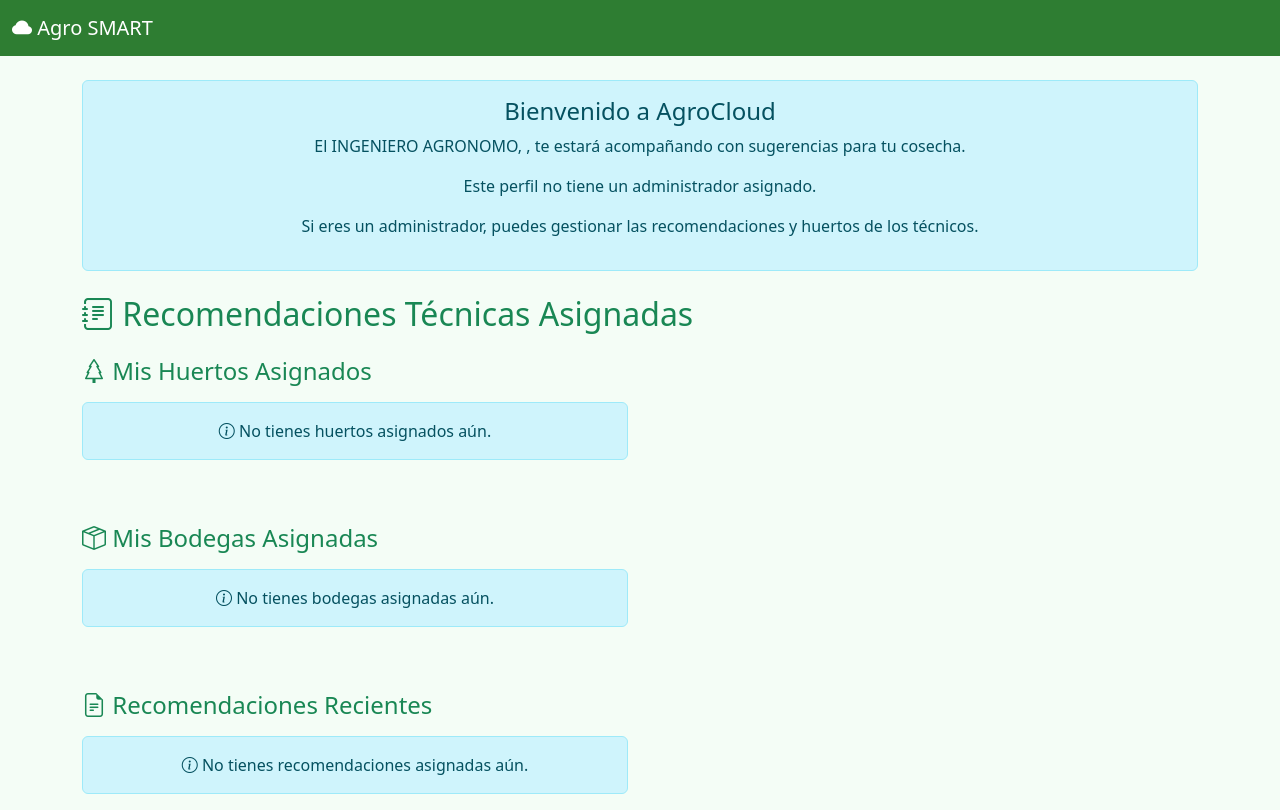
Repository: eikos4/Agrodeskv3
Page: app/templates/recomendaciones.html
An editor plug-in stored every save of this project. The page is shown before and after the next save, followed by the edit.
The browser window is 1280 px wide. The pictures show the whole page.
The page is served by the project's application, run on Flask 3 (app/__init__.py). The template is opened directly, without the code that normally fills it, so the values that code supplies are empty.

Above is the page before, as saved 2025-04-14 12:12:21.

After the next save:
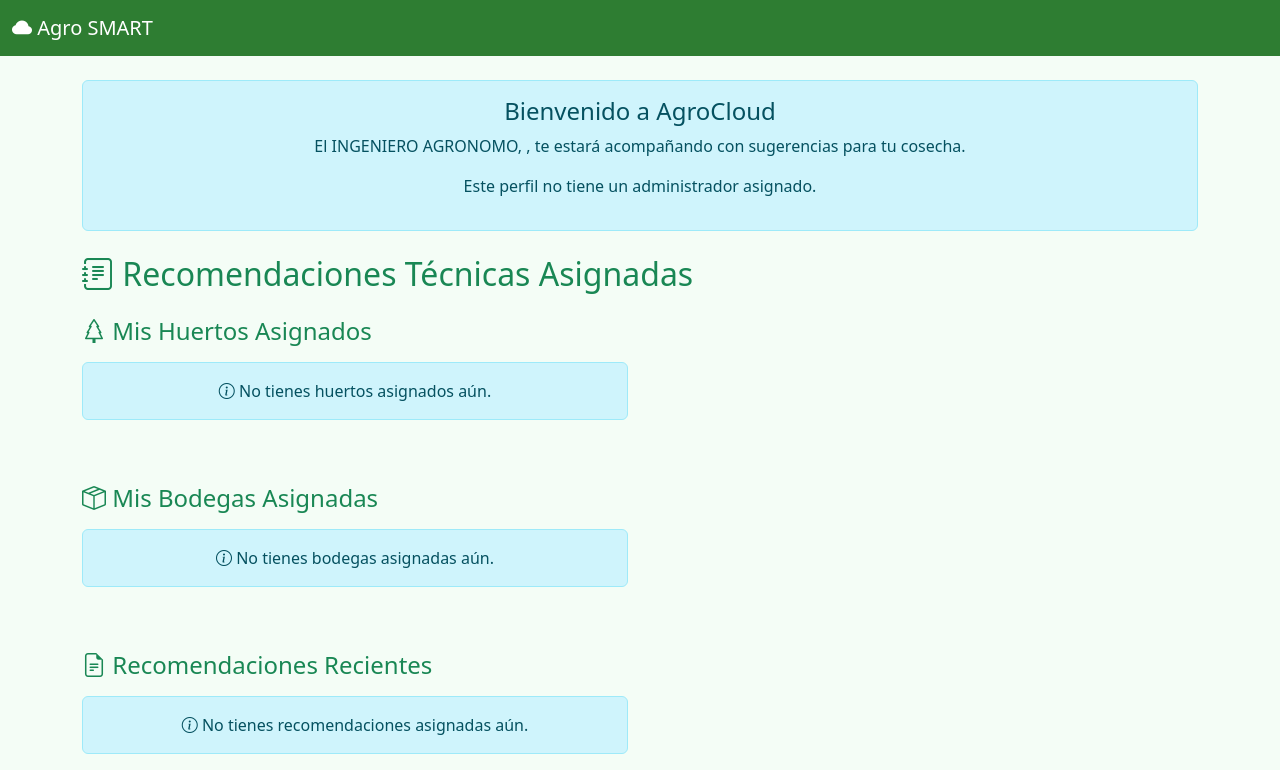
Saved 25 s later.
--- a/app/templates/recomendaciones.html
+++ b/app/templates/recomendaciones.html
@@ -13,7 +13,7 @@
   {% else %}
     <p>Este perfil no tiene un administrador asignado.</p>
   {% endif %}
-  <p>Si eres un administrador, puedes gestionar las recomendaciones y huertos de los técnicos.</p>
+
 </div>
 
 <h2 class="text-success mb-4"><i class="bi bi-journal-text"></i> Recomendaciones Técnicas Asignadas</h2>
